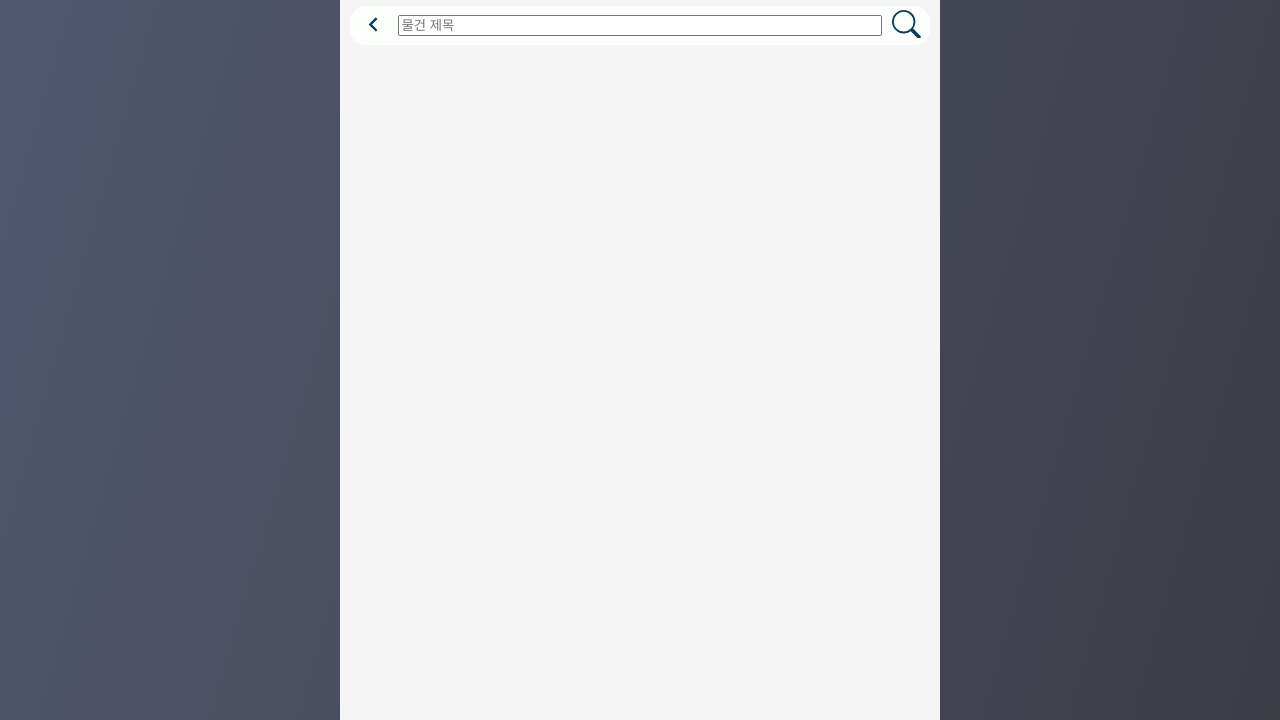
Repository: SeungYn/hanium
Page: /trade/search
These files come from the project's save history. The page is drawn as it stood at one moment and after the next save; the edit follows.
The browser window is 1280 px wide. The pictures show the whole page.
The project was rebuilt for these pictures with package versions that can differ from the ones it lists, and the page was loaded fresh each time. Also part of the build but not shown: src/App.css, src/components/Chat/ChatHeader/ChatHeader.module.css, src/components/Chat/ChatHeader/ChatHeader.jsx, src/components/Chat/ChatPeoples/ChatPeoples.jsx, src/components/Chat/ChatSideBar/ChatSideBar.module.css, src/components/Chat/ChatSideBar/ChatSideBar.jsx, src/components/ReadPopup/ReadPopup.module.css, src/components/ReadPopup/ReadPopup.jsx and 38 more.

Above is the page before, as saved 2022-11-21 20:22:55.

### src/index.js
import React from 'react';
import ReactDOM from 'react-dom/client';
import './index.css';
import App from './App';

import { AuthErrorEventBus, AuthProvider } from './context/AuthContext';
import TokenStorage from './db/token';
import HttpClient from './network/http';
import AuthService from './service/auth';
import GroupService from './service/group';
import StompDI from './network/StompDI';
import ChatService from './service/chat';
import TradeService from './service/trade';

const baseURL = 'https://8dd4e4c67ed913.lhr.life';
const tokenStorage = new TokenStorage();
const authErrorEventBus = new AuthErrorEventBus();
const httpClient = new HttpClient(baseURL, authErrorEventBus, tokenStorage);
const stompClient = new StompDI(baseURL, () => tokenStorage.getToken());
const authService = new AuthService(httpClient, tokenStorage);
const groupService = new GroupService(httpClient, tokenStorage);
const chatService = new ChatService(httpClient, tokenStorage, stompClient);
const tradeService = new TradeService(httpClient, tokenStorage);

const root = ReactDOM.createRoot(document.getElementById('root'));
root.render(
  <AuthProvider
    authService={authService}
    authErrorEventBus={authErrorEventBus}
    tokenStorage={tokenStorage}
  >
    <App
      authService={authService}
      groupService={groupService}
      chatService={chatService}
      tradeService={tradeService}
    />
  </AuthProvider>
);

### src/index.css
:root {
  --color-darkBlue: #073d5d;
  --color-transparent-darkBlue: #073e5d6e;
  --color-darkBlue-lignt: #0a476b;
  --color-main: #42a5f5;
  --color-bg-dark: #f5f5f5;
  --color-bg: #fdfffd;
  --color-main: #073d5d;
  --color-font: #073d5d;
  --color-font-reverse: white;
  --color-accent: #073d5d;
  --color-font-accent: white;
  --color-error-bg: rgba(173, 173, 173, 0.401);
  --color-popup-bg: white;
  --color-white: white;
  --color-shadow: rgba(67, 67, 67, 0.401);
  --color-border: #0a476b;
  /* 사이즈 */
  --font-size-very-large: 1.8rem;
  --font-size-small-large: 1.6rem;
  --font-size-medium: 1.4rem;
  --font-size-small-medium: 1.2rem;
  --font-size-small: 1rem;
  --font-header-icon: 1.8rem;
  --font-icon-arrow: 5rem;
  --font-mobile-medium: 1rem;
  --img-slider-height: 30rem;

  /* 패딩 마진 사이즈 */
  --padding-side: 0.8rem;
  --padding-top-bottom: 0.6rem;
  --padding-bottom: 0.6rem;
  --margin-bottom: 0.6rem;
}

* {
  box-sizing: border-box;
}

html,
body {
  height: 100%;
  width: 100%;
  margin: 0;
  background: rgb(81, 87, 111);
  background: linear-gradient(
    106deg,
    rgba(81, 87, 111, 1) 0%,
    rgba(60, 61, 69, 1) 100%
  );
  accent-color: var(--color-accent);
}
a {
  text-decoration: none;
  color: var(--color-font);
}
ul {
  padding: 0;
  margin: 0;
  list-style: none;
}
#root {
  height: 100vh;
  width: 100%;
  max-width: 600px;
  background-color: var(--color-bg-dark);
  margin: auto;
  display: flex;
  flex-direction: column;

  position: relative;
  overflow: hidden;
}

button {
  cursor: pointer;
}
body {
  margin: 0;
  font-family: -apple-system, BlinkMacSystemFont, 'Segoe UI', 'Roboto', 'Oxygen',
    'Ubuntu', 'Cantarell', 'Fira Sans', 'Droid Sans', 'Helvetica Neue',
    sans-serif;
  -webkit-font-smoothing: antialiased;
  -moz-osx-font-smoothing: grayscale;
}

code {
  font-family: source-code-pro, Menlo, Monaco, Consolas, 'Courier New',
    monospace;
}

p {
  margin: 0;
}

h1,
h2,
h3,
h4 {
  margin: 0;
}

### src/context/AuthContext.jsx
import {
  createContext,
  createRef,
  useCallback,
  useContext,
  useEffect,
  useImperativeHandle,
  useMemo,
  useState,
} from 'react';
import ReadPopup from '../components/ReadPopup/ReadPopup';

import Login from '../pages/login/Login';

const AuthContext = createContext({});

const contextRef = createRef();

export function AuthProvider({
  authService,
  authErrorEventBus,
  children,
  tokenStorage,
}) {
  const [user, setUser] = useState(1);
  const [error, setError] = useState(null);

  const context = useMemo(
    () => ({ error, setError, user }),
    [user, error, setError]
  );

  const onLogin = async ({ loginId, password }) => {
    await authService
      .headerTokenLogin(loginId, password)
      .then((data) => {
        console.log(data);
        tokenStorage.saveUser({
          memberId: data.memberId,
          nickname: data.nickname,
        });
        setUser({ memberId: data.memberId, nickname: data.nickname });
        console.log(tokenStorage.getUser());
        return;
      })
      .catch((error) => {
        setError(error);
      });
  };

  const logout = useCallback(
    async () =>
      await authService.logout().then(() => {
        setUser(undefined);
      }),
    [authService]
  );

  useEffect(() => {
    authErrorEventBus.listen((err) => {
      setUser(undefined);
      authService.logout();
    });
  }, [authErrorEventBus]);

  useEffect(() => {
    if (tokenStorage.getUser()) {
      setUser({ ...tokenStorage.getUser() });

      //nav('/');
    }

    //setUser({ token: localStorage.getItem('TOKEN') });
  }, []);

  return (
    <AuthContext.Provider value={context}>
      {user ? (
        children
      ) : (
        <>
          {error && (
            <ReadPopup content={error} onHandler={setError} type={'error'} />
          )}
          <Login
            authService={authService}
            onLogin={onLogin}
            setError={setError}
          />
        </>
      )}
    </AuthContext.Provider>
  );
}

export class AuthErrorEventBus {
  listen(callback) {
    this.callback = callback;
  }
  notify(error) {
    this.callback(error);
  }
}

export default AuthContext;
export const fetchToken = () => contextRef.current;
export const useAuth = () => useContext(AuthContext);

### src/db/token.js
const TOKEN = 'token';
const USER = 'user';
const USERNICKNAME = 'userNickName';
export default class TokenStorage {
  saveToken(token) {
    localStorage.setItem(TOKEN, token);
  }

  getToken() {
    //return localStorage.getItem(TOKEN);
    return 'eyJhbGciOiJIUzUxMiJ9.eyJzdWIiOiJ4b2FsczQzNDAiLCJhdXRoIjoiUk9MRV9VU0VSIiwiZXhwIjoxNjY5NTQwMzY2fQ.DusRc9KZfiSdpc9ePFUGN4E1mkpYfSkJvp4fIjcXn8svtFHWuhQCkxlDZGCCLfnI6bgg377Toc7sTpHtEpSQnA';
  }

  saveUser(user) {
    console.log(user);
    localStorage.setItem(USER, JSON.stringify(user));
    console.log(localStorage.getItem(USER));
  }

  getUser() {
    return JSON.parse(localStorage.getItem(USER));
  }

  clearToken() {
    console.log('토큰삭제');
    localStorage.clear(TOKEN);
  }
  clearUser() {
    console.log('유저삭제');
    localStorage.clear(USER);
  }
}

### src/network/http.js
export default class HttpClient {
  constructor(baseURL, authErrorEventBus, tokenStorage) {
    this.baseURL = baseURL;
    this.authErrorEventBus = authErrorEventBus;
    this.tokenStorage = tokenStorage;
  }

  async fetch(url, options, contextType = undefined) {
    console.log(`${this.baseURL}${url}`);
    console.log(contextType || 'application/json');

    const headers = { ...options.headers };

    if (contextType) {
      contextType = null;
    } else {
      contextType = 'application/json';
      headers['Content-Type'] = contextType;
    }

    let res = await fetch(`${this.baseURL}${url}`, {
      ...options,
      // headers: {
      //   'Content-Type': contextType || 'application/json',
      //   ...options.headers,
      // },
      headers,
    });

    if (res.headers.get('Authorization')) {
      this.tokenStorage.saveToken(
        res.headers.get('Authorization').split(' ')[1]
      );
    }
    console.log(res.error);
    let data;

    try {
      data = await res.json();
    } catch (error) {
      console.error('데이터 없어서 에러');
    }
    console.log(res);
    if (res.status > 299 || res.status < 200) {
      console.log(data);
      const message =
        data && data.message ? data.message : 'Something went wrong! 🤪';

      let error = new Error(message);

      if (res.status === 401) {
        console.log('401에러');
        error = new Error('로그인 정보가 잘 못 됐습니다.');
        this.authErrorEventBus.notify(error);
      }
      if (res.status === 400) {
        console.log(res);
        console.log(data);
        error.name = data.code ? data.code : '에러코드 등록 필요';
        console.log(error.message);
      }
      throw error;
    }

    return data;
  }
}

### src/network/StompDI.js
import { Stomp } from '@stomp/stompjs';
import SockJS from 'sockjs-client';

export default class StompDI {
  constructor(baseURL, getAccessToken) {
    this.baseURL = baseURL + '/ws-stomp';
    this.getAccessToken = getAccessToken;
    console.log(this.baseURL, '클래스 url');
    this.sockjs = null;
    this.client = null;
  }

  connectState() {
    console.log(
      'connect State',
      this.client ? this.client.connected : this.client
    );
    return this.client ? this.client.connected : false;
  }

  onConnect(callback) {
    this.sockjs = new SockJS(this.baseURL);
    this.client = Stomp.over(this.sockjs);

    console.log('연결하기');
    try {
      this.client.connect(
        {
          Authorization: 'Bearer ' + this.getAccessToken(),
        },
        (s) => {
          console.log('서버와 연결되었습니다.');

          callback();
        },
        (e) => {
          console.log('서버와 연결이 안됩니다.');
        }
      );
    } catch (e) {
      console.log(e);
    }
  }

  onSend(path, data) {
    console.log(this.client);
    this.client.send(
      path,
      { Authorization: 'Bearer ' + this.getAccessToken() },
      JSON.stringify(data)
    );
  }

  onDisConnect(stateCallback) {
    console.log('연결종료');
    this.client.disconnect(() => {
      console.log('연결종료');
      stateCallback();
    });
  }

  onSubscribe(id, path, callback) {
    let sub = null;
    console.log(id, path, callback);
    // if (!this.client.connected) {
    //   console.log('체크123123123213체크');
    //   this.onConnect();
    // }
    console.log(callback);
    console.log('subscribe', this.client);
    try {
      sub = this.client.subscribe(`${path}${id}`, callback);
    } catch (e) {
      console.log(e);
    }
    return () => {
      sub.unsubscribe();
    };
  }
}

### src/service/chat.js
export default class ChatService {
  constructor(http, tokenStorage, stomp) {
    this.http = http;
    this.tokenStorage = tokenStorage;
    this.stomp = stomp;
  }

  async getMyInfo() {
    const data = await this.http.fetch(`/auth/info`, {
      method: 'GET',
      headers: this.getHeaders(),
    });
    return data;
  }
  //http://localhost:8080/user/restaurant/6/party/43/chat
  async getChats(groupId, offset) {
    const data = await this.http.fetch(
      `/user/club/${groupId}/chat?offset=${offset}`,
      {
        method: 'GET',
        headers: this.getHeaders(),
      }
    );
    return data;
  }



  async creatChat(partyId, chat) {
    const data = await this.http.fetch(`/chat/${partyId}`, {
      method: 'POST',
      headers: this.getHeaders(),
      body: JSON.stringify({
        chat,
      }),
    });
    return data;
  }
  onConnect(callback) {
    console.log(callback);
    this.stomp.onConnect(callback);
  }

  onDisConnect(stateCallback) {
    console.log('종료밖');
    return this.stomp.onDisConnect(stateCallback);
  }

  //서버 연결상태
  connectState() {
    return this.stomp.connectState();
  }

  /**
   *
   * @param {챗팅방아이디} id
   * @param {구독경로} path
   * @param {구독시 서버에서 데이터가 오면 처리하는 함수} callback
   * @returns 구독취소함수
   */
  onSubscribe(id, path, callback) {
    return this.stomp.onSubscribe(id, path, callback);
  }

  onSend(path, data) {
    this.stomp.onSend(path, data);
  }
  // onConnectChat(partyId) {
  //   return this.socket.onConnectChat(partyId);
  // }
  // onChatSync(event, callback) {
  //   return this.socket.onSyncChat(event, callback);
  // }
  // onSync(event, callback) {
  //   return this.socket.onSync(event, callback);
  // }



  getHeaders() {
    const token = this.tokenStorage.getToken();
    return { Authorization: `Bearer ${token}` };
  }
}

### src/service/trade.js
export default class TradeService {
  constructor(http, tokenStorage) {
    this.http = http;
    this.tokenStorage = tokenStorage;
  }

  //타입 별로 물건리스트 가져오기 나눔, 거래, 대여
  async getItemListByType(type) {
    const data = await this.http.fetch(`/user/post?dealType=${type}`, {
      method: 'GET',
      headers: this.getHeaders(),
    });
    console.log(data);
    return data;
  }

  //물건 등록하기
  async postItem(formData) {
    const { images, ...postReq } = formData;
    console.log(!!images);
    const form = new FormData();
    form.append(
      'postReq',
      new Blob([JSON.stringify(postReq)], { type: 'application/json' })
    );

    for (let img of images) {
      console.log(images);
      console.log(img);
      form.append('images', img);
    }
    // if (images.length === 0) {
    //   form.append('images', []);
    // }

    console.log(form.get('postReq'));
    console.log(form.get('images'));
    const data = await this.http.fetch(
      `/user/post`,
      {
        method: 'POST',
        headers: this.getHeaders(),
        // body: new URLSearchParams({
        //   postReq,
        //   images,
        // }),
        body: form,
      },
      'multipart/form-data'
    );
    console.log(data);
  }

  //물건 상세정보가져오기
  async getPostedItemById(id) {
    const data = await this.http.fetch(`/user/post/${id}`, {
      method: 'GET',
      headers: this.getHeaders(),
    });
    console.log(data);
    return data;
  }

  getHeaders() {
    const token = this.tokenStorage.getToken();
    return {
      Authorization: `Bearer ${token}`,
    };
  }
}

### src/pages/firstPage/FirstPage.jsx
import React, { useEffect, useState } from 'react';
import { GroupCategory } from '../../components/GroupCategory/GroupCategory';
import { GroupMaker } from '../../components/GroupMaker/GroupMaker';
import { FaUserFriends, FaPen } from 'react-icons/fa';
import { FiPlayCircle } from 'react-icons/fi';
import Groups from '../../components/Groups/Groups';
import styles from './FirstPage.module.css';
import { useAuth } from '../../context/AuthContext';
import { useNavigate } from 'react-router-dom';
import TextBtn from '../../components/common/TextBtn/TextBtn';

const types = [
  { type: 'study', koName: '공부', icon: <FaPen /> },
  { type: 'hobby', koName: '취미', icon: <FiPlayCircle /> },
  { type: 'friend', koName: '친구', icon: <FaUserFriends /> },
];
export default function FirstPage({ groupService, groupDisplay }) {
  const [filterType, setFilterType] = useState(types[0]);
  const [makeActive, setMakeActive] = useState(false);
  const { error, setError } = useAuth();
  const [groups, setGroups] = useState([]);
  const navigate = useNavigate();

  const HandlerGroupMake = (clubName, maximumCount, clubType) => {
    console.log(clubName, maximumCount, clubType);
    groupService
      .makeGroup(clubName, maximumCount, clubType)
      .then((data) => {
        console.log(data);
      })
      .catch((e) => setError(e));
    setMakeActive(false);
  };

  const HandlerGroupJoin = (groupId) => {
    groupService
      .joinGroup(groupId)
      .then((data) => {
        console.log(data);
        navigate('/chat', { state: { data } });
      })
      .catch((e) => setError(e));
  };

  useEffect(() => {
    //내 그룹만 보여주기하면 조건 넣어서 내그룹만 보여주기
    groupService
      .getGroupByType(filterType.type)
      .then((data) => {
        console.log(data);
        setGroups([...data]);
      })
      .catch((error) => {
        console.log(error);
        setError(error);
      });
  }, [groupService, filterType, groupDisplay]);

  return (
    <>
      <GroupCategory
        type={filterType}
        types={types}
        onTypeChange={(filter) => setFilterType(filter)}
      />
      <Groups groups={groups} HandlerGroupJoin={HandlerGroupJoin} />
      <button
        className={styles.makerBtn}
        onClick={() => setMakeActive((t) => !t)}
      >
        그룹 만들기
      </button>
      <GroupMaker
        makeActive={makeActive}
        onMakeActiveHandler={() => setMakeActive((t) => !t)}
        onMakeGroupHandler={HandlerGroupMake}
        types={types}
      />
    </>
  );
}

### src/pages/Root.jsx
import React from 'react';
import { Outlet, useLocation } from 'react-router-dom';
import Header from '../components/Header/Header';
import Navbar from '../components/Navbar/Navbar';
import ReadPopup from '../components/ReadPopup/ReadPopup';
import TradeCategory from '../components/Trade/TradeCategory/TradeCategory';
import { useAuth } from '../context/AuthContext';

export default function Root({ routes }) {
  const location = useLocation();
  console.log(location.pathname);
  let { name } = routes.find((r) => r.path === location.pathname) ?? {
    name: 'detail',
  };

  // name = location.pathname.includes('detail') ? 'detail' : name;
  // console.log(name !== 'detail');
  const { nodeRef } = routes.find((r) => r.path === location.pathname) ?? {};
  const { error, setError } = useAuth();

  return (
    <>
      {error && (
        <ReadPopup content={error} onHandler={setError} type={'error'} />
      )}
      {!['채팅', '그룹검색', 'detail', '장터검색'].includes(name) && (
        <Header name={name} />
      )}

      {/* {name === '장터' && <TradeCategory />} */}
      <Outlet />
      {!['채팅', 'detail', '장터검색'].includes(name) && <Navbar />}
    </>
  );
}

### src/pages/TradeSearchPage/TradeSearchPage.jsx
import React from 'react';
import styles from './TradeSearchPage.module.css';
import { MdNavigateBefore } from 'react-icons/md';
import { BsSearch } from 'react-icons/bs';
import IconBtn from '../../components/common/IconBtn/IconBtn';
export default function TradeSearchPage() {
  return (
    <section className={styles.container}>
      <form className={styles.inputForm} onSubmit={(e) => e.preventDefault()}>
        <IconBtn handleClick={() => console.log('click')}>
          <MdNavigateBefore />
        </IconBtn>
        <input
          type='text'
          placeholder='물건 제목'
          className={styles.inputText}
        />
        <IconBtn handleClick={() => console.log('click2')}>
          <BsSearch />
        </IconBtn>
      </form>
    </section>
  );
}

### src/components/Navbar/Navbar.jsx
import React, { useRef, useState } from 'react';
import { NavLink } from 'react-router-dom';
import styles from './Navbar.module.css';
import { AiOutlineHome } from 'react-icons/ai';
import { BsList, BsPerson } from 'react-icons/bs';
import { IoChatbubbleOutline } from 'react-icons/io5';
import { IconContext } from 'react-icons';

const contents = [
  { path: '/main', name: '홈', iconComponent: <AiOutlineHome /> },
  { path: '/group', name: '그룹', iconComponent: <BsList /> },
  { path: '/myGroup', name: '내 그룹', iconComponent: <BsList /> },
  { path: '/trade/trade', name: '장터', iconComponent: <BsList /> },
  { path: '/myInfo', name: '내 정보', iconComponent: <BsPerson /> },
];

export default function Navbar() {
  //버튼 클릭시 넷바 위로 나타내기
  const navMenuRef = useRef();
  const btnRef = useRef();
  const [navToggle, setNavToggle] = useState(false);

  const handleBtn = (e) => {
    setNavToggle((t) => {
      if (t) btnRef.current.style.transform = 'rotate(0deg)';
      else btnRef.current.style.transform = 'rotate(30deg)';

      return !t;
    });
  };

  return (
    <nav className={styles.nav}>
      <IconContext.Provider value={{ className: styles.reactIcon }}>
        <div
          ref={navMenuRef}
          className={`${styles.navMenu} ${
            navToggle ? styles.navAppear : styles.navDisappear
          }`}
        >
          {contents.map(({ path, name, iconComponent }) => (
            <NavLink
              key={path}
              to={path}
              className={({ isActive }) =>
                isActive
                  ? `${styles.active} ${styles.link}`
                  : `${styles.unactive} ${styles.link}`
              }
            >
              {iconComponent}
              <span className={styles.text}>{name}</span>
            </NavLink>
          ))}
        </div>
      </IconContext.Provider>
      <button ref={btnRef} className={styles.btn} onClick={handleBtn}>
        <BsList />
      </button>
    </nav>
  );
}

### src/pages/TradeSearchPage/TradeSearchPage.module.css
.inputForm {
  display: flex;
  align-items: center;
  background-color: var(--color-bg);
  margin: 0.4rem 0.6rem;
  border-radius: 1rem;
}

.inputText {
  height: 50%;
  width: 100%;
}

### src/components/common/IconBtn/IconBtn.jsx
import React from 'react';
import { IconContext } from 'react-icons';
import styles from './IconBtn.module.css';

export default function IconBtn({ children, handleClick }) {
  return (
    <button className={styles.btn} onClick={handleClick}>
      <IconContext.Provider value={{ className: styles.icon }}>
        {children}
      </IconContext.Provider>
    </button>
  );
}

### src/components/common/IconBtn/IconBtn.module.css
.btn {
  border: none;
  outline: none;
  outline: none;
  padding: 0.2rem 0.6rem;
  background-color: transparent;
  border: none;
  cursor: pointer;
  color: var(--color-darkBlue);
}

.btn:hover {
  color: var(--color-darkBlue);
  background-color: transparent;
}

.icon {
  font-size: var(--font-size-very-large);
  font-weight: 600;
}

Loaded but not shown: public/index.html (common file); src/service/auth.js (168 lines, source omitted); src/App.js (129 lines, source omitted); src/service/group.js (100 lines, source omitted); src/components/Chat/ChatPeoples/ChatPeoples.module.css (no stored copy; drawn as an empty file)

After the next save:
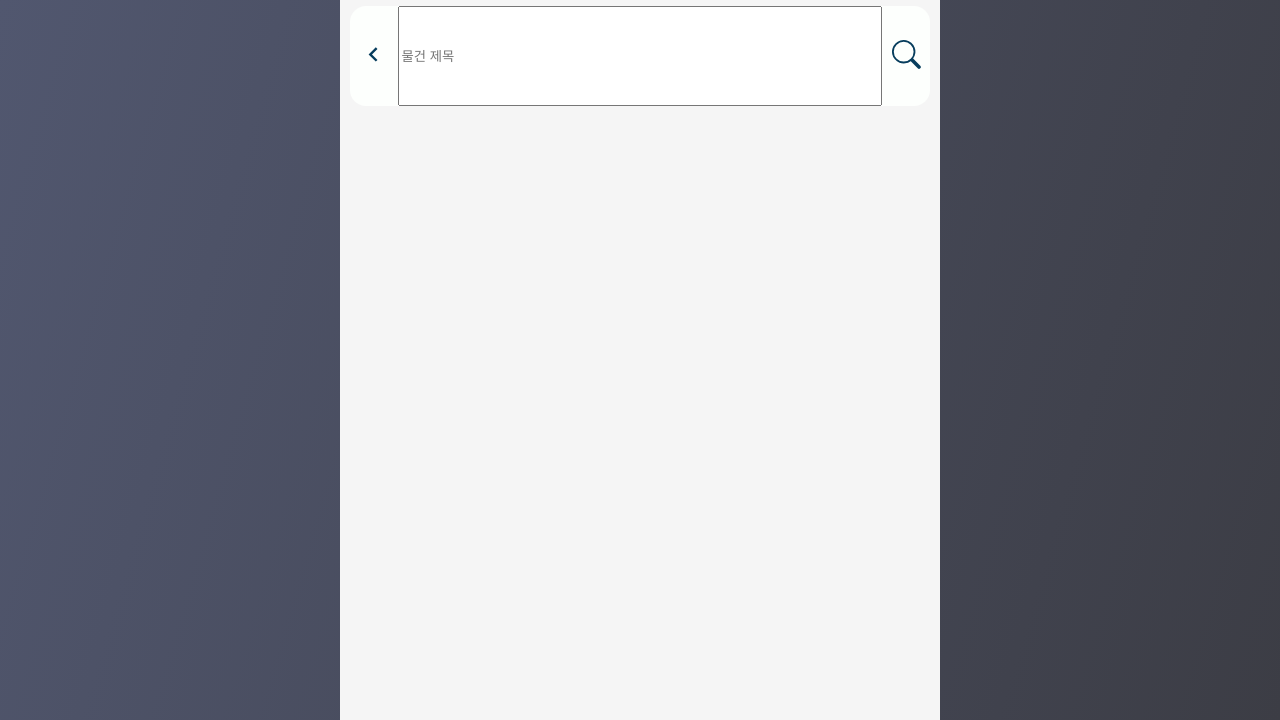
Saved 6 s later.
--- a/src/pages/TradeSearchPage/TradeSearchPage.module.css
+++ b/src/pages/TradeSearchPage/TradeSearchPage.module.css
@@ -7,6 +7,6 @@
 }
 
 .inputText {
-  height: 50%;
+  height: 100px;
   width: 100%;
 }

After the save that followed:
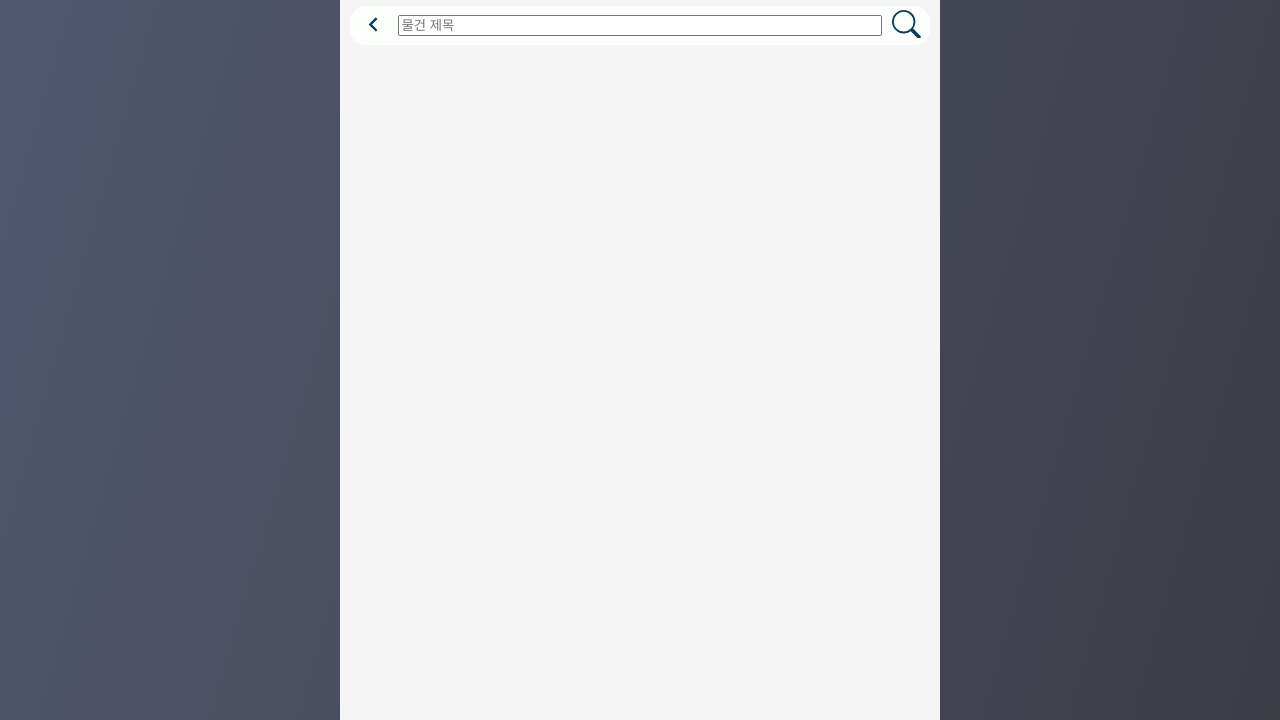
Saved 5 s later.
--- a/src/pages/TradeSearchPage/TradeSearchPage.module.css
+++ b/src/pages/TradeSearchPage/TradeSearchPage.module.css
@@ -7,6 +7,6 @@
 }
 
 .inputText {
-  height: 100px;
+  height: 100%;
   width: 100%;
 }
